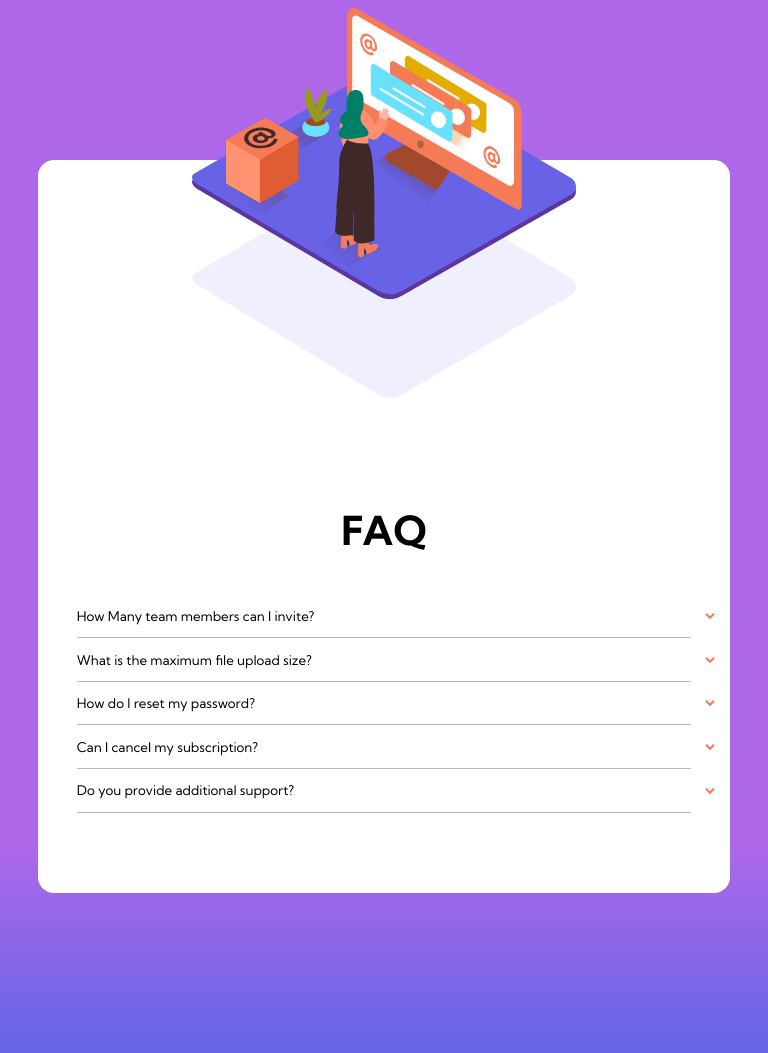
Repository: ryanwilll/ProjetoFAQ
Page: index.html
An editor plug-in stored every save of this project. The page is shown before and after a run of saves, followed by the edit.
The browser window is 768 px wide. The pictures show the whole page.

Above is the page before, as saved 2022-10-26 19:48:22.

After the next 4 saves:
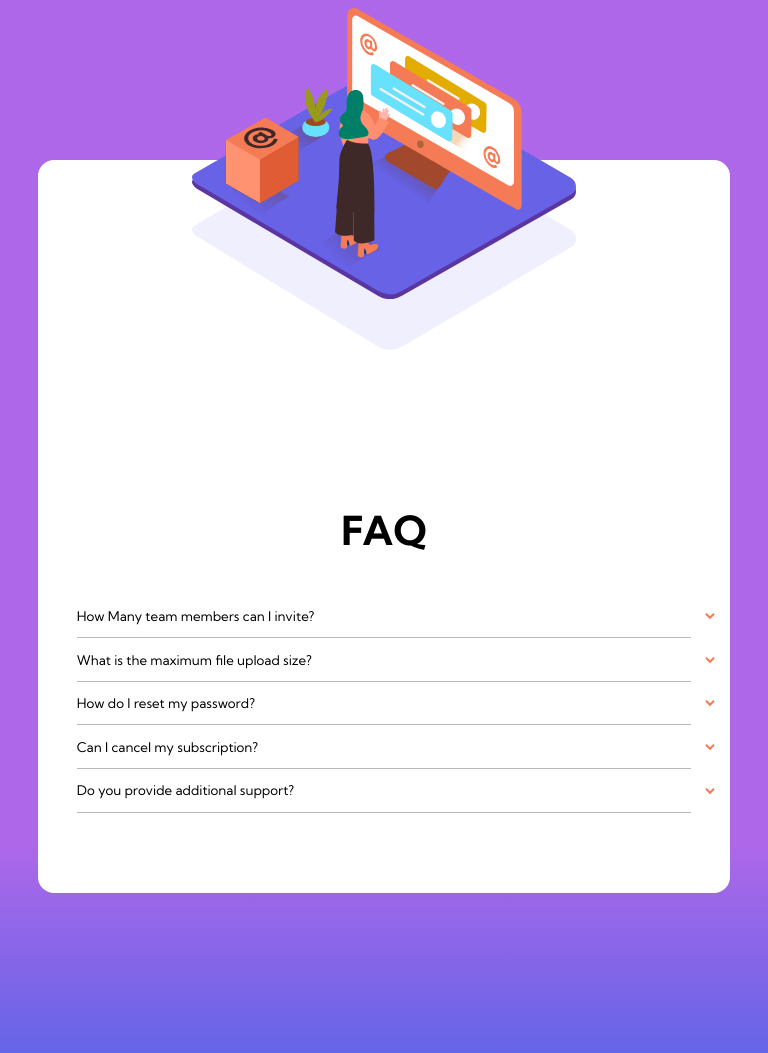
The 4 saves are shown as one change because they came seconds apart.
The last was saved 25 s later.
--- a/css/allmedia.css
+++ b/css/allmedia.css
@@ -18,11 +18,7 @@
   }
 
   .card-white .imgs .sombra-img-principal {
-    position: relative;
-    width: 50vw;
-    margin: auto;
-    top: -4.5em;
-    z-index: -1;
+    top: -7.5em;
   }
   .card-white .FAQ {
     font-size: 2.5em;
